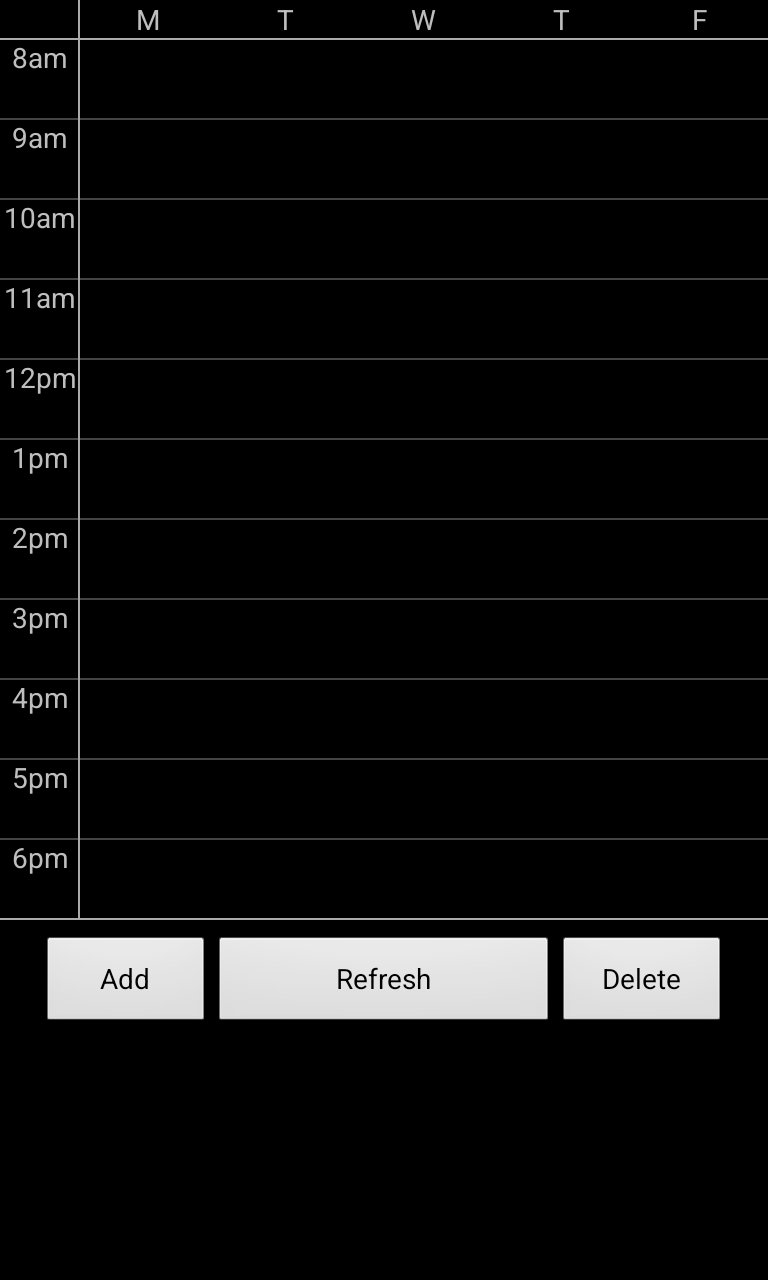
Repository: appsfactory/OfficeHours
Layout: OfficeHoursClient/res/layout/activity_schedule_view.xml
These files come from the project's save history. The layout is drawn as it stood at one moment and after the next save; the edit follows.
It is drawn on a 768 x 1280 px phone screen (xhdpi) without system bars, with theme AppTheme; the app's code is not run.

Above is the layout before, as saved 2012-10-03 17:55:38.

After the next save:
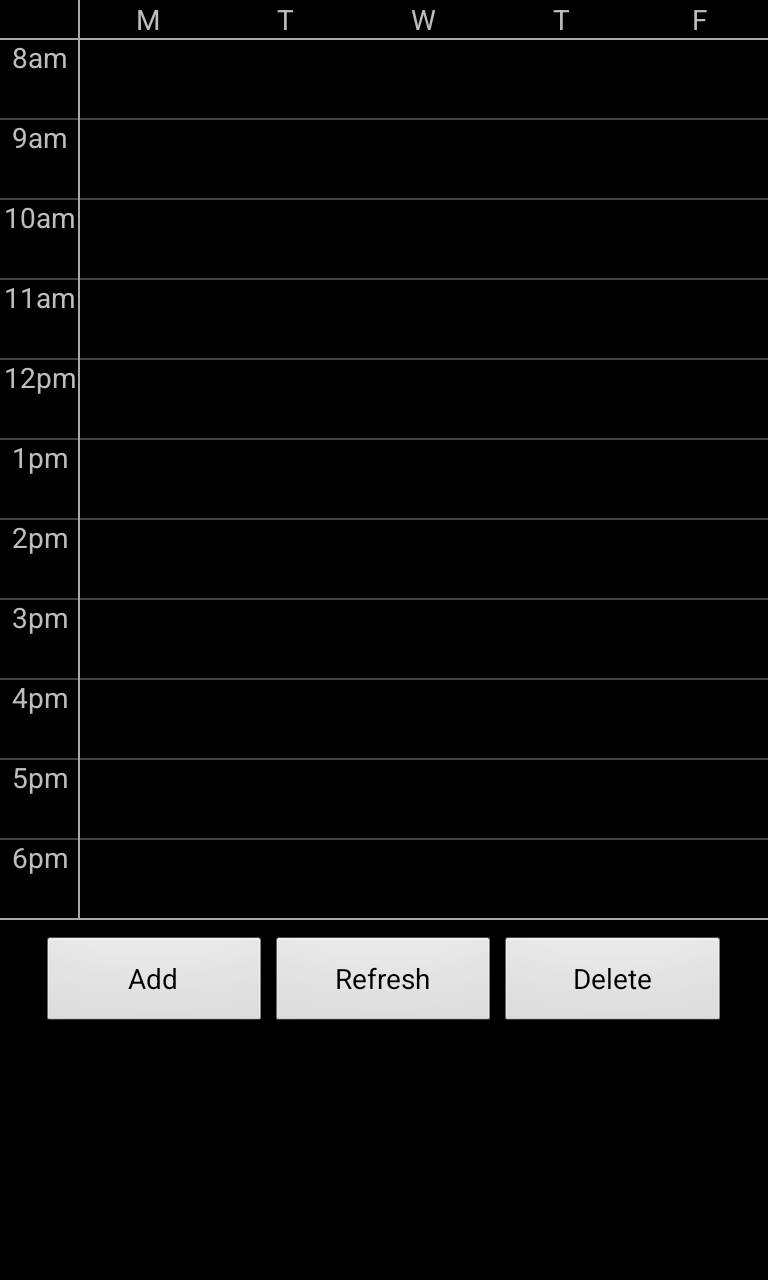
Saved 10 min 48 s later.
--- a/OfficeHoursClient/res/layout/activity_schedule_view.xml
+++ b/OfficeHoursClient/res/layout/activity_schedule_view.xml
@@ -305,10 +305,10 @@
             android:layout_weight="1"
             android:text="Add" />
         <Button
-            android:id="@+id/addbutton"
+            android:id="@+id/refreshbutton"
             android:layout_width="0dp"
             android:layout_height="fill_parent"
-            android:layout_weight="2"
+            android:layout_weight="1"
             android:onClick="refreshSchedule"
             android:text="Refresh" />
         <Button
